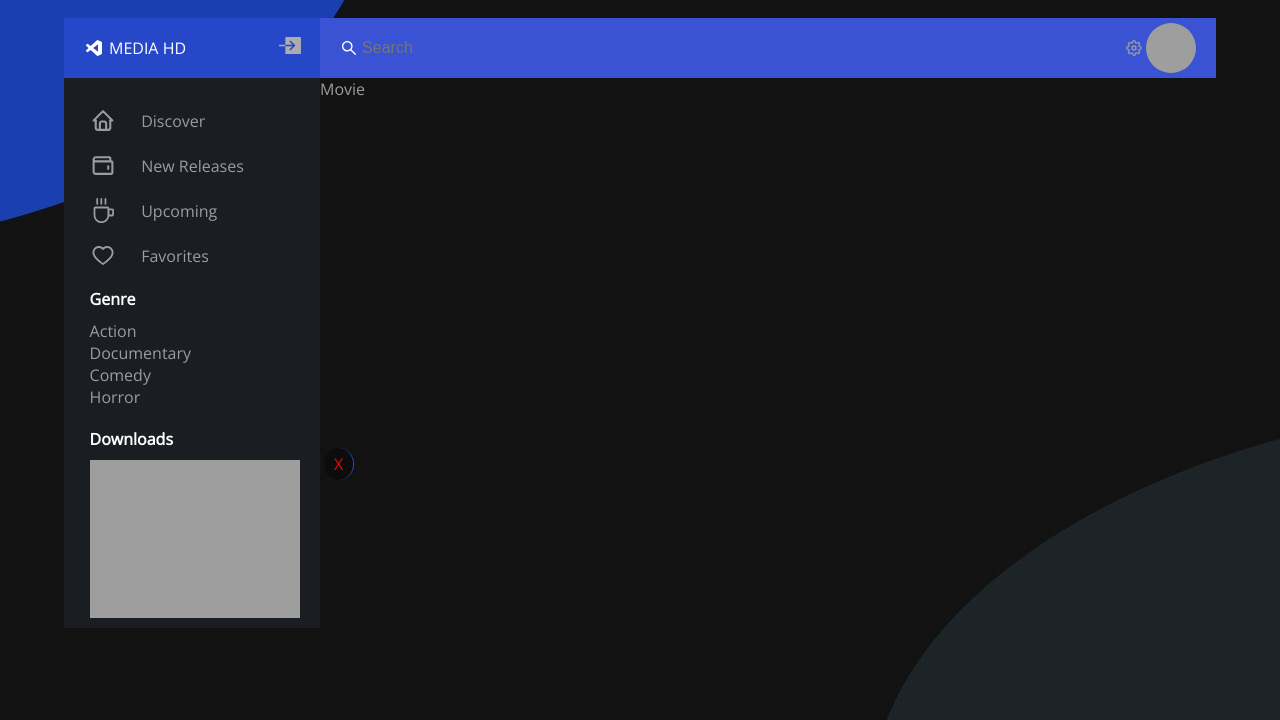
Repository: DevLaukey/movie-task
Page: /
These files come from the project's save history. The page is drawn as it stood at one moment and after the next save; the edit follows.
The browser window is 1280 px wide. The pictures show the whole page.
Pictures or frames that could not be fetched are drawn as grey boxes. The page's requests for data from a server got no answer. The project was rebuilt for these pictures with package versions that can differ from the ones it lists, and the page was loaded fresh each time. No one was signed in, and anything a server would have sent is missing. Also part of the build but not shown: src/components/Body/Movies.css.

Above is the page before, as saved 2022-06-15 21:10:24.

### src/App.js
import "./App.css"
import Body from "./components/Body/Body";
import Sidebar from "./components/Sidebar/Sidebar";
import axios from "axios";
import { useEffect, useState } from "react";

function App() {
  const [movies, setMovies] = useState([]);
  const url = "https://api.themoviedb.org/3/";
  const api = axios.create({ baseURL: url });

  const movieDetails = api.get(`/discover/movie?api_key=${process.env.REACT_APP_MOVIEDB_API}`, {
    params: process.env.MOVIEDB_API,
  });

  useEffect(() => {
    movieDetails.then((res) => {
      console.log(res.data.results);
    });
  }, [movies])
  return (
    <main className="App">
      <div className="App__container">
        <Sidebar />
        <Body />
      </div>
    </main>
  );
}

export default App;

### src/index.css
*{
    padding: 0;
    margin: 0;
    box-sizing: border-box;

}
body{    background-color: #000;
}

### src/features/counter/counterSlice.js
import { createAsyncThunk, createSlice } from '@reduxjs/toolkit';
import { fetchCount } from './counterAPI';

const initialState = {
  value: 0,
  movies: 'idle',
};

// The function below is called a thunk and allows us to perform async logic. It
// can be dispatched like a regular action: `dispatch(incrementAsync(10))`. This
// will call the thunk with the `dispatch` function as the first argument. Async
// code can then be executed and other actions can be dispatched. Thunks are
// typically used to make async requests.
export const incrementAsync = createAsyncThunk(
  'counter/fetchCount',
  async (amount) => {
    const response = await fetchCount(amount);
    // The value we return becomes the `fulfilled` action payload
    return response.data;
  }
);

export const counterSlice = createSlice({
  name: 'counter',
  initialState,
  // The `reducers` field lets us define reducers and generate associated actions
  reducers: {
    increment: (state) => {
      // Redux Toolkit allows us to write "mutating" logic in reducers. It
      // doesn't actually mutate the state because it uses the Immer library,
      // which detects changes to a "draft state" and produces a brand new
      // immutable state based off those changes
      state.value += 1;
    },
    decrement: (state) => {
      state.value -= 1;
    },
    // Use the PayloadAction type to declare the contents of `action.payload`
    incrementByAmount: (state, action) => {
      state.value += action.payload;
    },
  },
  // The `extraReducers` field lets the slice handle actions defined elsewhere,
  // including actions generated by createAsyncThunk or in other slices.
  extraReducers: (builder) => {
    builder
      .addCase(incrementAsync.pending, (state) => {
        state.status = 'loading';
      })
      .addCase(incrementAsync.fulfilled, (state, action) => {
        state.status = 'idle';
        state.value += action.payload;
      });
  },
});

export const { increment, decrement, incrementByAmount } = counterSlice.actions;

// The function below is called a selector and allows us to select a value from
// the state. Selectors can also be defined inline where they're used instead of
// in the slice file. For example: `useSelector((state: RootState) => state.counter.value)`
export const selectCount = (state) => state.counter.value;

// We can also write thunks by hand, which may contain both sync and async logic.
// Here's an example of conditionally dispatching actions based on current state.
export const incrementIfOdd = (amount) => (dispatch, getState) => {
  const currentValue = selectCount(getState());
  if (currentValue % 2 === 1) {
    dispatch(incrementByAmount(amount));
  }
};

export default counterSlice.reducer;

### src/App.css
@import url('https://fonts.googleapis.com/css2?family=Open+Sans&display=swap');
.App{
    background-image: url(../public/back.jpg);
    width: 100vw;
    height: 100vh;
    background-size: cover;
    background-repeat: no-repeat;
    font-family: 'Open Sans', sans-serif;
    color: rgba(154,156,161,255);
}
.App__container{
    position: absolute;
    display: flex;
    justify-content: center;
    width: 100%;
}

### src/components/Body/Body.js
import React from "react";
import "./Body.css";
import Movies from "./Movies";
import Nav from "./Nav/Nav";
function Body() {
  return (
    <div className="body">
      <Nav />
      <Movies />
    </div>
  );
}

export default Body;

### src/components/Sidebar/Sidebar.js
import React from "react";
import "./Sidebar.css";
import { IoEnterSharp } from "react-icons/io5";
import { SiVisualstudiocode } from "react-icons/si";

import Links from "./Links";


function Sidebar() {
  return (
    <div className="sidebar">
      <div className="sidebar__top">
        <div className="sidebar__left">
          <SiVisualstudiocode className="sidebar__logo" />
          <p className="sidebar__text">MEDIA HD</p>
        </div>
        <div className="sidebar__right">
          <IoEnterSharp
            style={{ color: "#acacac", height: "25", width: "30" }}
          />
        </div>
      </div>
      <div className="sidebar__bottom">
        <Links />
        <section className="sidebar__genre">
          <p className="sidebar__genre-bold-text">Genre</p>
          <p className="sidebar__genre-text">Action</p>
          <p className="sidebar__genre-text">Documentary</p>
          <p className="sidebar__genre-text">Comedy</p>
          <p className="sidebar__genre-text">Horror</p>
        </section>
        <section className="sidebar__downloads">
          <p className="sidebar__genre-bold-text">Downloads</p>
          <img
            className="sidebar__download-img"
            src="https://image.tmdb.org/t/p/original/zGLHX92Gk96O1DJvLil7ObJTbaL.jpg"
            alt="download"
          />
          <div className="sidebar__downloads-text">
            <p className="sidebar__downloads-cancel">X</p>
          </div>
        </section>
      </div>
    </div>
  );
}

export default Sidebar;

### src/components/Body/Body.css
.body{
    display: flex;
    flex-direction: column;
    top: -20px;
    width: 70%;
}

### src/components/Body/Movies.js
import React from 'react'
import Movie from './Movie'
import "./Movies.css"
function Movies() {
  return (
      <div>
          <Movie />
    </div>
  )
}

export default Movies

### src/components/Body/Nav/Nav.js
import React from 'react'
import "./Nav.css"
import { AiOutlineSearch} from "react-icons/ai";
import { FiSettings } from "react-icons/fi";

function Nav() {
  return (
    <div className="nav">
      <div className="nav__search">
        <AiOutlineSearch style={{ color: "white", fontSize: "20" }} />
        <input
          className="nav__search__input"
          type="text"
          placeholder="Search"
        />
      </div>
      <div className="nav__icons">
        <FiSettings />
        <img
          src={`https://dt2sdf0db8zob.cloudfront.net/wp-content/uploads/2019/12/9-Best-Online-Avatars-and-How-to-Make-Your-Own-for-Free-image1-5.png`}
          alt=""
          className="nav__avatar"
        />
      </div>
    </div>
  );
}

export default Nav

### src/components/Sidebar/Sidebar.css
.sidebar {
  display: flex;
  flex-direction: column;
  margin-top: 18px;
  width: 20%;
  align-items: center;
  background-color: rgba(26, 29, 34, 255);
}
.sidebar__top {
  display: flex;
  width: 100%;
  justify-content: space-between;
  align-items: center;
  padding: 15px;
  background-color: #2647c8;
}
.sidebar__left {
  color: #fff;
  display: flex;
  align-items: center;
}
.sidebar__logo {
  width: 30px;
}
.sidebar__bottom {
  width: 100%;
}

.sidebar__group {
  width: 100%;
  margin-top: 20px;
  display: flex;

  flex-direction: column;
}
.sidebar__option {
  display: flex;
  align-items: center;
  padding: 10px 20px 10px 0;
}
.sidebar__option > * {
  margin-left: 10%;
}
.sidebar__option:hover {
  background-color: #0c0c0c;
  color: rgba(25, 64, 181, 255);
  border-left: 1px solid #2647c8;
}
.sidebar__genre {
  display: flex;
  flex-direction: column;
  padding: 10px 20px 10px 0;
  margin-left: 10%;
}
.sidebar__genre-bold-text {
  font-weight: bold;
  color: #fff;
  font-size: 1em;
  margin-bottom: 10px;
}

.sidebar__downloads {
  display: flex;
  flex-direction: column;
  padding: 10px 20px 10px 0;
  margin-left: 10%;
}
.sidebar__downloads-text {
  padding: 5px 10px 5px 10px;
  background-color: #0c0c0c;
  width: fit-content;
  align-items: center;
  border-radius: 50%;
  position: absolute;
  left: 45vh;
  border-right: #2647c8 1px solid;
  margin-top: 20px;
}
.sidebar__downloads-cancel {
  color: red;
}
.sidebar__downloads-img {
  width: 250px;
}

### src/components/Sidebar/Links.js
import React from 'react'
import { TbHome } from "react-icons/tb";
import { BiWallet } from "react-icons/bi";
import { AiOutlineHeart, AiOutlineCoffee } from "react-icons/ai";


function Links() {
  return (
    <nav className="sidebar__group">
      <div className="sidebar__option">
        <TbHome style={{ height: "25", width: "30" }} />
        <p className="sidebar__option-text">Discover</p>
      </div>
      <div className="sidebar__option">
        <BiWallet style={{ height: "25", width: "30" }} />
        <p className="sidebar__option-text">New Releases</p>
      </div>
      <div className="sidebar__option">
        <AiOutlineCoffee style={{ height: "25", width: "30" }} />
        <p className="sidebar__option-text">Upcoming</p>
      </div>
      <div className="sidebar__option">
        <AiOutlineHeart style={{ height: "25", width: "30" }} />

        <p className="sidebar__option-text">Favorites</p>
      </div>
    </nav>
  );
}

export default Links

### src/components/Body/Movie.js
import React from 'react'
import "./Movies.css"
function Movie() {
  return (
    <div>Movie</div>
  )
}

export default Movie

### src/components/Body/Nav/Nav.css
.nav {
  width: 100%;
  display: flex;
  justify-content: space-between;
  margin-top: 18px;
  align-items: center;
  padding: 5px 20px;
  background-color: #3a53d4;
}
.nav__search {
  display: flex;
  align-items: center;
}
.nav__search__input {
  width: 100%;
  border: none;
  background-color: #3a53d4;
  color: #fff;
  margin-left: 4px;
  font-size: 1em;
}

.nav__search__input:focus {
  outline: none;
}
.nav__icons{
    display: flex;
    align-items: center;
}
.nav__avatar{
    margin-left: 4px;
  vertical-align: middle;
  width: 50px;
  height: 50px;
  border-radius: 50%
}

Loaded but not shown: public/index.html (common file); src/index.js (common file); src/app/store.js (common file); src/reportWebVitals.js (common file); src/features/counter/counterAPI.js (common file)

After the next save:
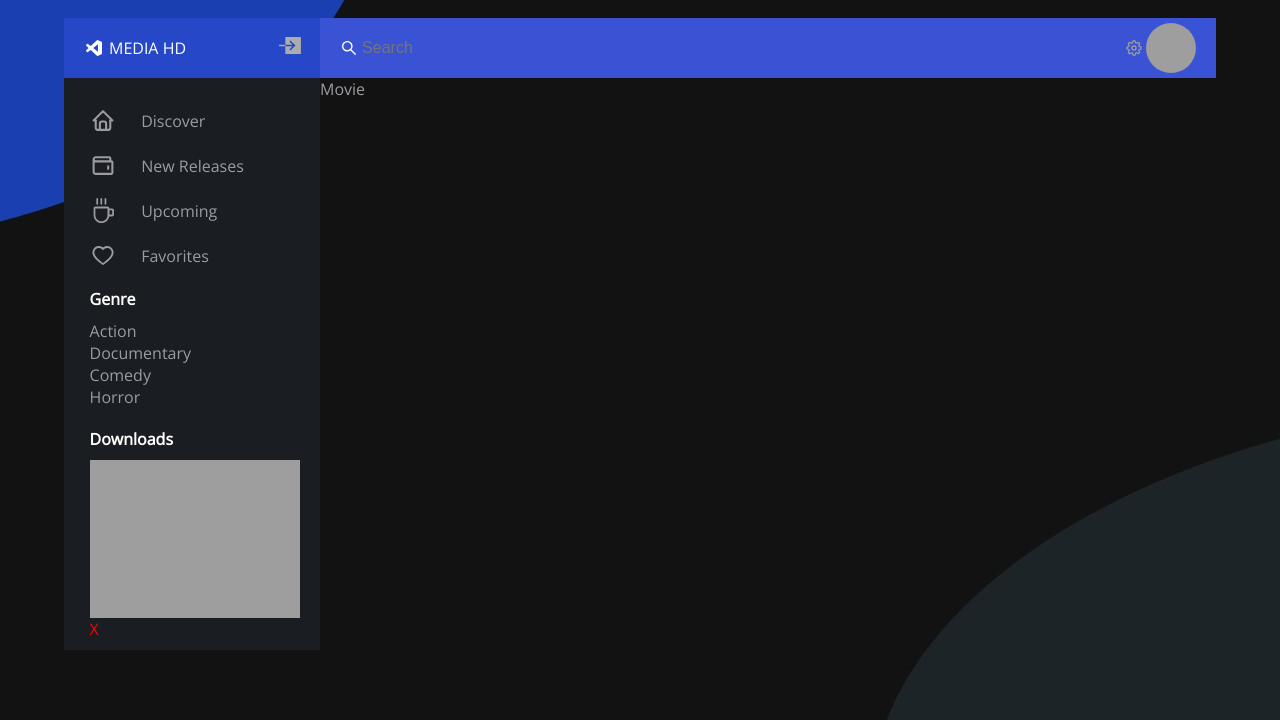
Saved 40 s later.
--- a/src/components/Sidebar/Sidebar.css
+++ b/src/components/Sidebar/Sidebar.css
@@ -65,7 +65,7 @@
   padding: 10px 20px 10px 0;
   margin-left: 10%;
 }
-.sidebar__downloads-text {
+.sidebar__downloads-circle {
   padding: 5px 10px 5px 10px;
   background-color: #0c0c0c;
   width: fit-content;

After the save that followed:
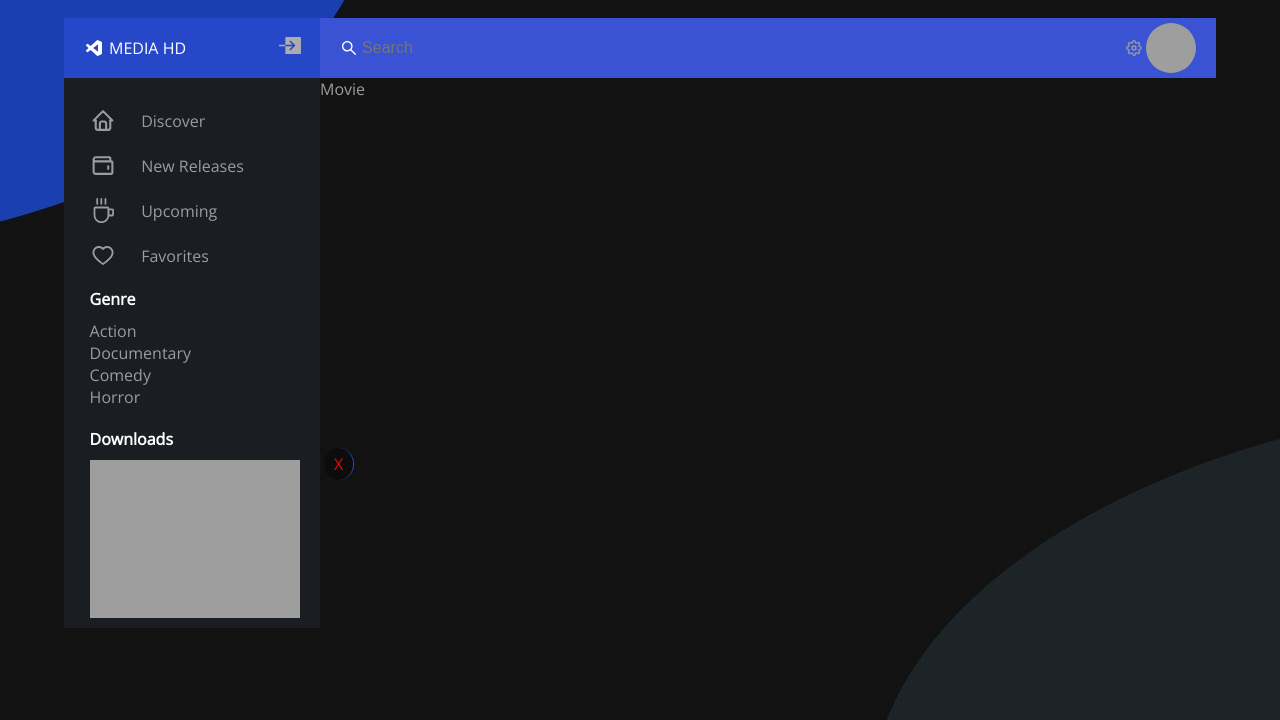
Saved 12 s later.
--- a/src/components/Sidebar/Sidebar.js
+++ b/src/components/Sidebar/Sidebar.js
@@ -36,7 +36,7 @@ function Sidebar() {
             src="https://image.tmdb.org/t/p/original/zGLHX92Gk96O1DJvLil7ObJTbaL.jpg"
             alt="download"
           />
-          <div className="sidebar__downloads-text">
+          <div className="sidebar__downloads-circle">
             <p className="sidebar__downloads-cancel">X</p>
           </div>
         </section>
